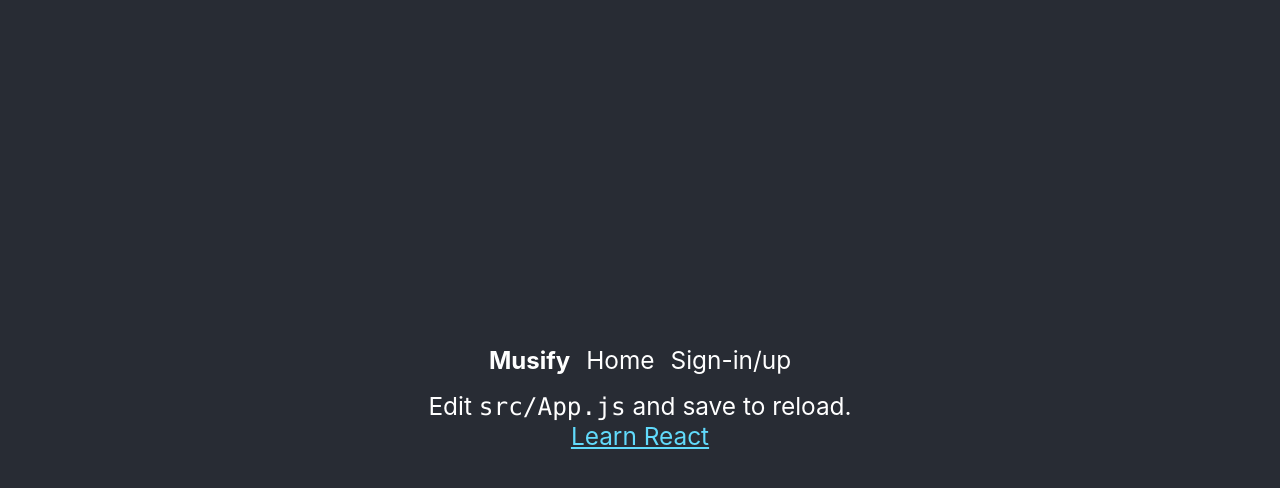
Repository: yuqiant/musify
Page: / (app in musify/)
An editor plug-in stored every save of this project. The page is shown before and after the next save, followed by the edit.
The browser window is 1280 px wide. The pictures show the whole page.
The project was rebuilt for these pictures with package versions that can differ from the ones it lists, and the page was loaded fresh each time. Also part of the build but not shown: musify/src/App.js.

Above is the page before, as saved 2023-11-29 17:40:24.

After the next save:
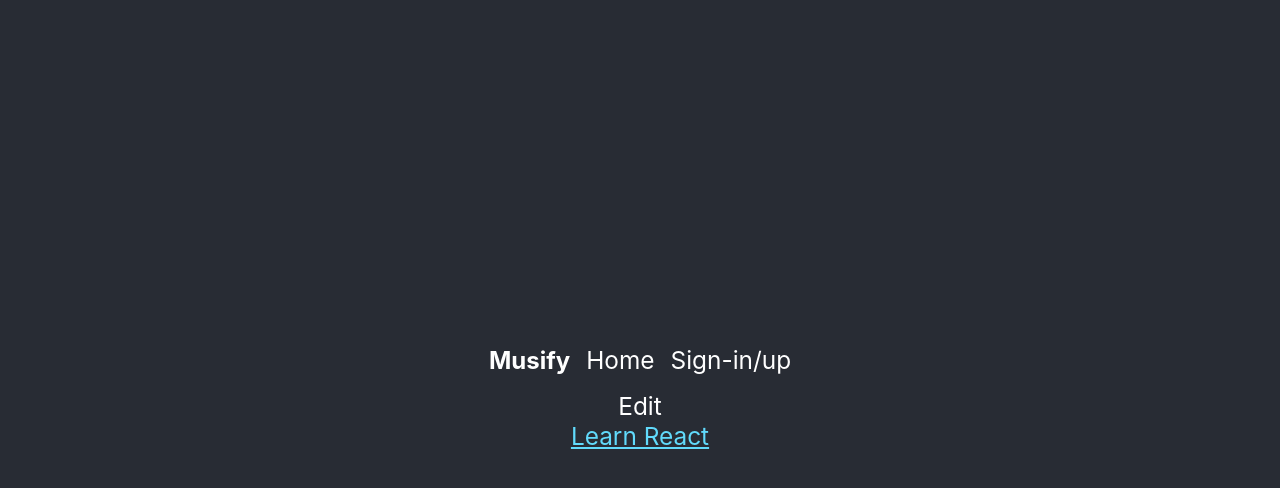
Saved 32 s later.
--- a/musify/src/home/index.js
+++ b/musify/src/home/index.js
@@ -17,7 +17,7 @@ function Home() {
                 {/* Main Content */}
                 {/* <img src={logo} className="App-logo" alt="logo" /> */}
                 <p>
-                    Edit <code>src/App.js</code> and save to reload.
+                    Edit
                 </p>
                 <a
                     className="App-link"
